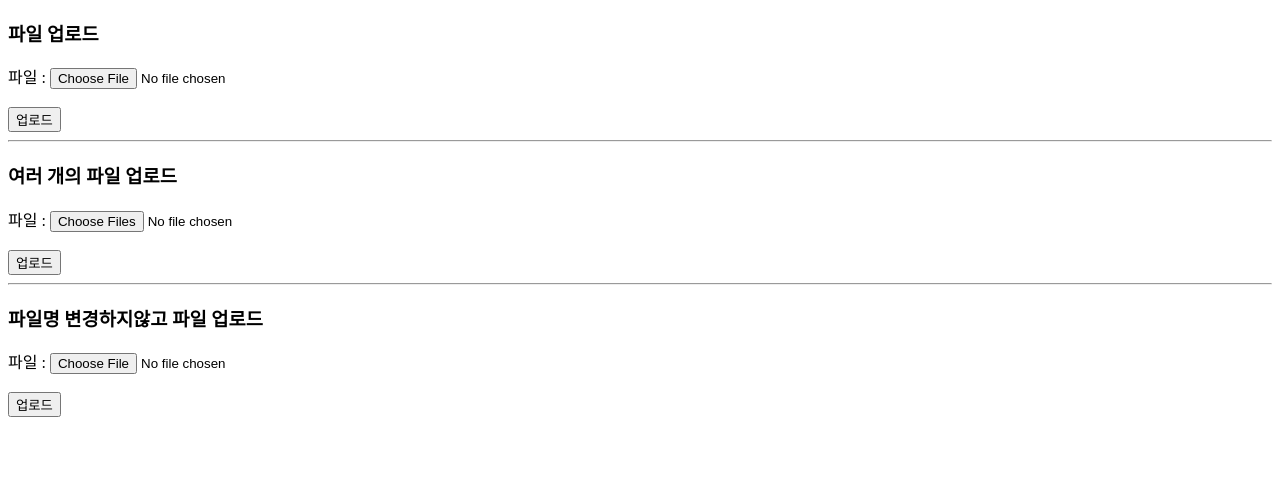
Repository: dddo3421/springBoot
Page: http://localhost/spring_boot_mybatis/WEB-INF/views/upload/fileUploadForm.jsp
These files come from the project's save history. The page is drawn as it stood at one moment and after a run of saves; the edit follows.
The browser window is 1280 px wide. The pictures show the whole page.
The page is served by Tomcat 10. Nobody is signed in. Other server files are loaded and not shown. The template is opened directly, without the code that normally fills it, so the values that code supplies are empty.

Above is the page before, as saved 2025-09-30 02:07:05.

### spring_boot_mybatis/src/main/webapp/WEB-INF/views/upload/fileUploadForm.jsp
<%@ page language="java" contentType="text/html; charset=UTF-8"
    pageEncoding="UTF-8"%>
<%@ taglib uri="http://java.sun.com/jsp/jstl/core" prefix="c" %>
<!DOCTYPE html>
<html>
	<head>
		<meta charset="UTF-8">
		<title>파일 업로드 폼</title>
	</head>
	<body>
		<h3>파일 업로드</h3>
		<form id="fileUploadFrm" method="post" action="<c:url value='/fileUpload'/>"
		enctype="multipart/form-data">
			파일 : <input type="file" id="uploadFile" name=	"uploadFile"><br><br>
			<input type="submit" value="업로드">
		</form>

		<hr>
		<h3>여러 개의 파일 업로드</h3>
		<form id="fileUploadFrmMulti" method="post" action="<c:url value='/fileUploadMultiple'/>"
				enctype="multipart/form-data">
			파일 : <input type="file" id="uploadFileMulti" \name=	"uploadFileMulti"
				multiple="multiple"><br><br>
			<input type="submit" value="업로드">
		</form>


		<hr>
		<h3>파일명 변경하지않고 파일 업로드</h3>
		<form id="fileOriginalNameUploadForm" method="post" action="<c:url value='/fileOriginalNameUpload'/>"
					enctype="multipart/form-data">
			파일 : <input type="file" id="uploadFileOriginal" name="uploadFileOriginal"><br><br>
			<input type="submit" value="업로드">
		</form>
	</body>
</html>

After the next 2 saves:
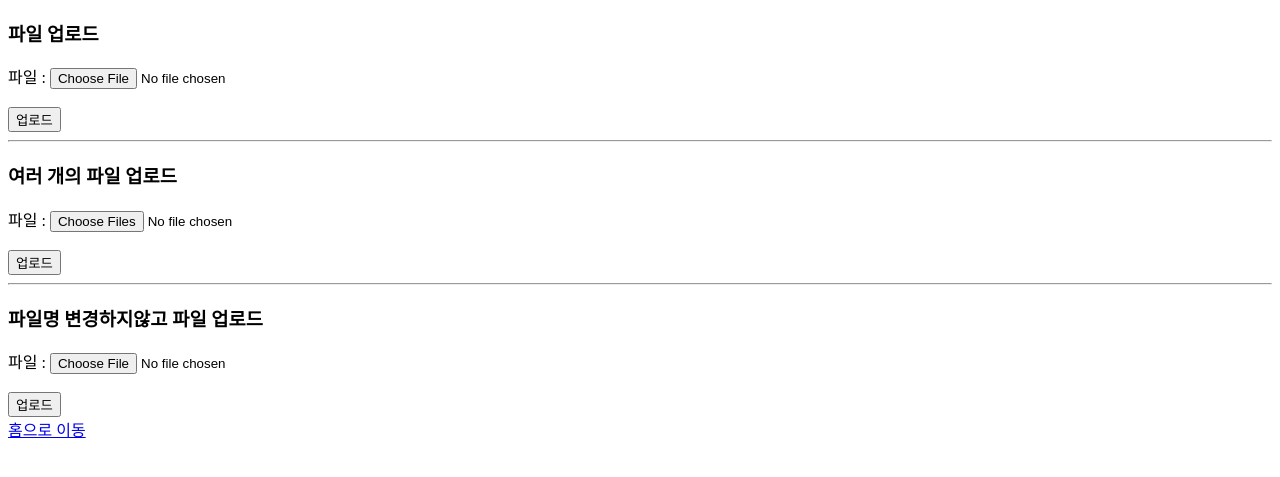
The 2 saves are shown as one change because they came seconds apart.
The last was saved 78 s later.
--- a/spring_boot_mybatis/src/main/webapp/WEB-INF/views/upload/fileUploadForm.jsp
+++ b/spring_boot_mybatis/src/main/webapp/WEB-INF/views/upload/fileUploadForm.jsp
@@ -32,5 +32,8 @@
 			파일 : <input type="file" id="uploadFileOriginal" name="uploadFileOriginal"><br><br>
 			<input type="submit" value="업로드">
 		</form>
+
+		<!--  index 페이지로 이동 링크 추가 -->
+		<a href="<c:url value='/'/>">홈으로 이동</a>
 	</body>
 </html>
